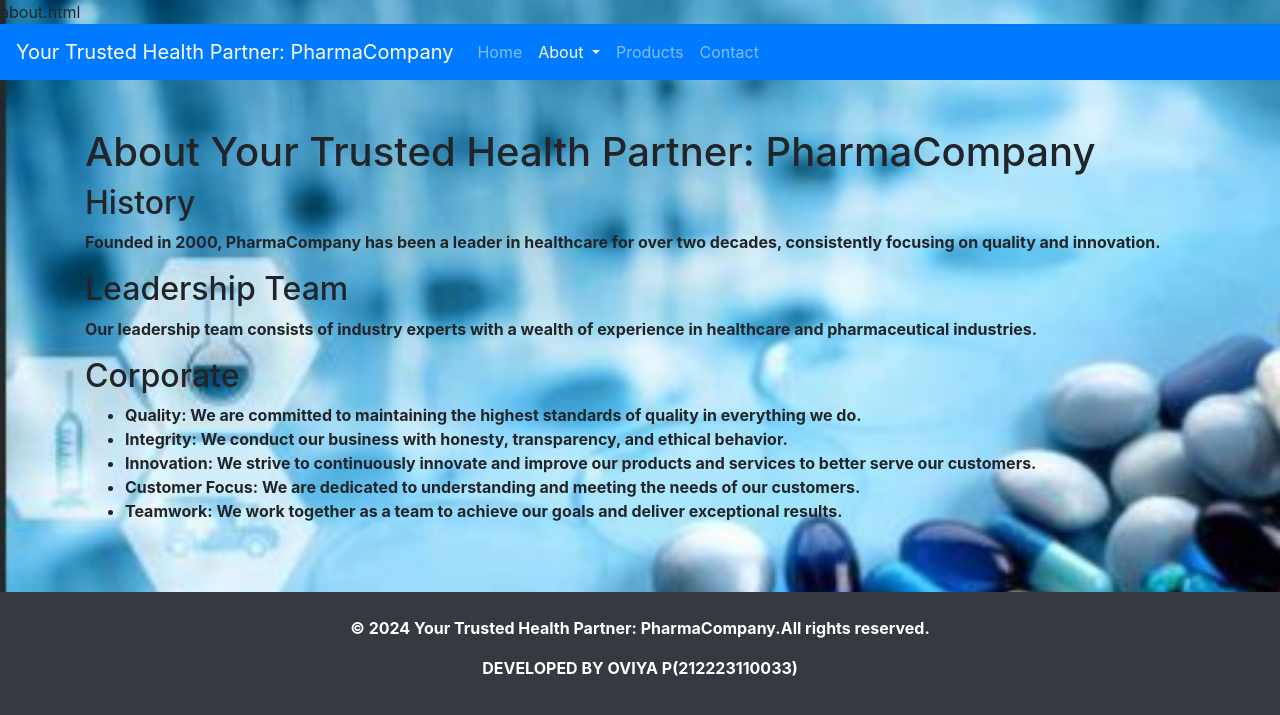
Repository: Oviya24032K6/Pharma
Page: oviya/pharmapp/static/about.html
The author's editor kept a copy of each file at every save. The page is drawn from the files as they stood at one save, then again after the next save.
The browser window is 1280 px wide. The pictures show the whole page.

Above is the page before, as saved 2024-05-07 08:33:32.

After the next save:
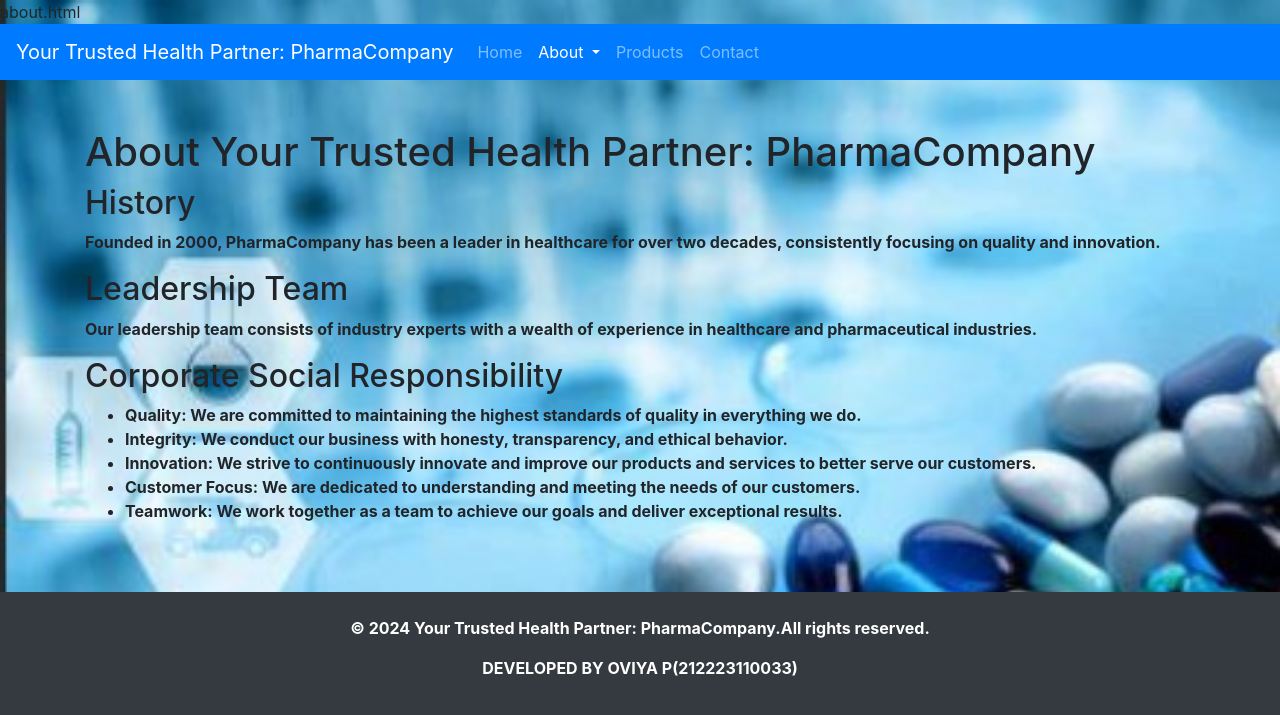
Saved 13 s later.
--- a/oviya/pharmapp/static/about.html
+++ b/oviya/pharmapp/static/about.html
@@ -77,7 +77,7 @@ about.html
           <p>Our leadership team consists of industry experts with a wealth of experience in healthcare and pharmaceutical industries.</p>
         </div>
         <div id="CSR">
-          <h2>Corporate</h2>
+          <h2>Corporate Social Responsibility</h2>
           <ul>
             <li>Quality: We are committed to maintaining the highest standards of quality in everything we do.</li>
             <li>Integrity: We conduct our business with honesty, transparency, and ethical behavior.</li>
